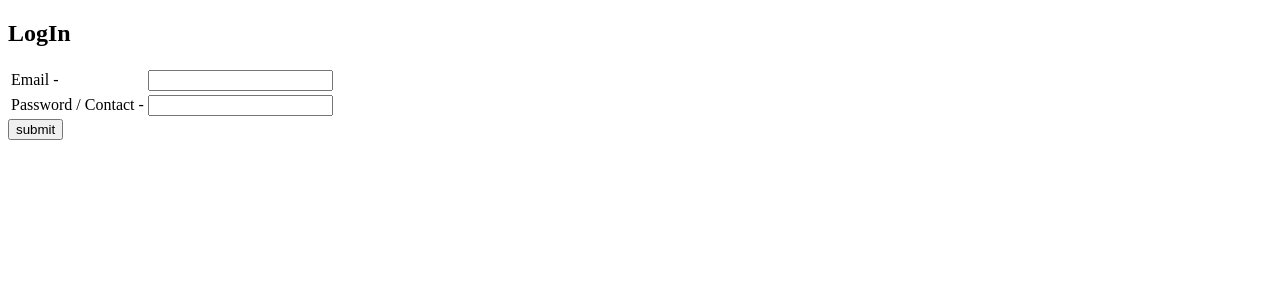
Repository: Krushna26nk/WebApplication
Page: http://localhost/Application/Login.jsp
These files come from the project's save history. The page is drawn as it stood at one moment and after the next save; the edit follows.
The browser window is 1280 px wide. The pictures show the whole page.
The page is served by Tomcat 9. Other server files are loaded and not shown.

Above is the page before, as saved 2019-05-31 11:15:59.

### web/Application/WebContent/Login.jsp
<%@ page language="java" contentType="text/html; charset=UTF-8"
    pageEncoding="UTF-8"%>
<!DOCTYPE html PUBLIC "-//W3C//DTD HTML 4.01 Transitional//EN" "http://www.w3.org/TR/html4/loose.dtd">
<html>
<head>
<meta http-equiv="Content-Type" content="text/html; charset=UTF-8">
<title>Insert title here</title>
</head>
<body>

<div>

<h2> LogIn</h2>
	<form action="Login">
		<table>
			<tr>
				<td> Email - </td>
				<td> <input type="text" name="email"> </td>
			</tr>

			<tr>
				<td> Password / Contact - </td>
				<td> <input type="password" name="pass"> </td>
			</tr>

		</table>

		<input type="submit" value="submit">

	</form>
</div>
</body>
</html>

After the next save:
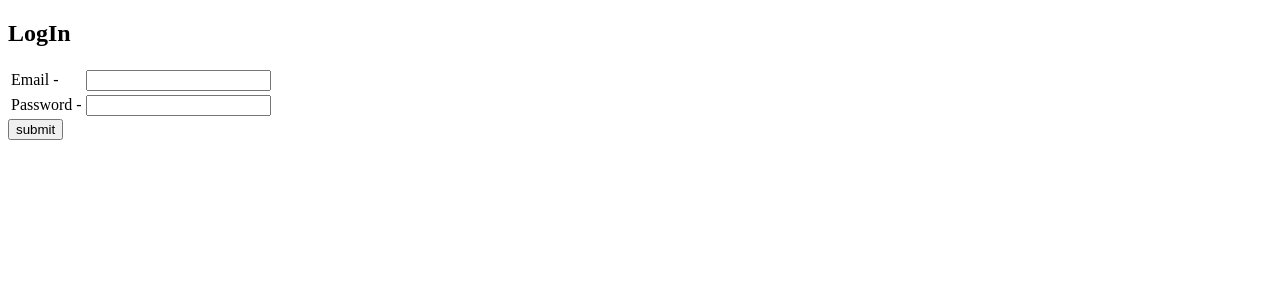
Saved 16 s later.
--- a/web/Application/WebContent/Login.jsp
+++ b/web/Application/WebContent/Login.jsp
@@ -19,7 +19,7 @@
 			</tr>
 
 			<tr>
-				<td> Password / Contact - </td>
+				<td> Password - </td>
 				<td> <input type="password" name="pass"> </td>
 			</tr>
 
